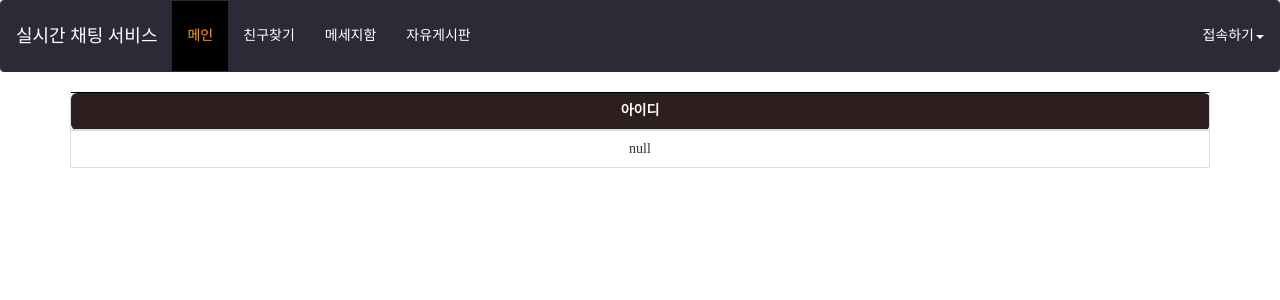
Repository: kkoseunghyun/javaAjaxChat
Page: http://localhost/UserChat/userStatus.jsp
An editor plug-in stored every save of this project. The page is shown before and after the next save, followed by the edit.
The browser window is 1280 px wide. The pictures show the whole page.
Some web fonts or font styles are not loaded; a fallback is used. Some web libraries are served in a nearby version. The page is served by Tomcat 9. Other server files are loaded and not shown. Queries for data that is not in the repository find no rows.

Above is the page before, as saved 2019-07-13 08:58:51.

### JspAjax/UserChat/WebContent/userStatus.jsp
<%@ page language="java" contentType="text/html; charset=UTF-8" pageEncoding="UTF-8"%>
<!DOCTYPE html>
<%@ page import="user.UserDAO" %>
<%@ page import="user.UserDTO" %>
<html>
<%
	String userID = null;
	if(session.getAttribute("userID") != null){
		userID = (String) session.getAttribute("userID");
	}

	UserDAO userDAO = new UserDAO();
	String userProfile = userDAO.getProfile(userID); // profile의 경로를 가져오는 메서드

	UserDTO user = userDAO.getUser(userID); // 유저 정보 가져오는 메서드
%>
<head>
	<meta charset="UTF-8">
	<meta name="viewport" content="width=device-width, initial-scale=1">
	<link rel="stylesheet" type="text/css" href="css/bootstrap.css">
	<link rel="stylesheet" type="text/css" href="css/custom.css?versionewg=2">
	<link rel="stylesheet" type="text/css" href="css/custom2.css?versiontff=2">
	<title>JSP Ajax 실시간 회원제 채팅 서비스</title>
	<script src="https://code.jquery.com/jquery-3.1.1.min.js"></script>
	<script src="js/bootstrap.js"></script>
	<script type="text/javascript">
		/* 상단 내비게이션 메세지함 unread 라벨 표시 */
		function getUnread() {
			$.ajax({
				type: "POST",
				url: "./chatUnread",
				data: {
					userID: encodeURIComponent('<%= userID %>'),
				},
				success: function(result) {
					if(result >= 1) {
						showUnread(result);
					} else {
						showUnread('');
					}
				}
			});
		}
		function getInfiniteUnread() {
			setInterval(function() {
				getUnread();
			}, 4000);
		}
		function showUnread(result) {
			$('#unread').html(result);
		}
	</script>
</head>
<body>
	<nav class="navbar navbar-default">
		<div class="navbar-header">
			<button type="button" class="navbar-toggle collapsed"
				data-toggle="collapse" data-target="#bs-example-navbar-collapse-1"
				aria-expanded="false">
				<span class="icon-bar"></span>
				<span class="icon-bar"></span>
				<span class="icon-bar"></span>
			</button>
			<a class="navbar-brand" href="index.jsp">실시간 채팅 서비스</a>
		</div>
		<div class="collapse navbar-collapse" id="bs-example-navbar-collapse-1">
			<ul class="nav navbar-nav">
				<li class="active"><a href="index.jsp">메인</a></li>
				<li><a href="find.jsp">친구찾기</a></li>
				<li><a href="box.jsp">메세지함<span id="unread" class="label label-info"></span></a></li>
				<li><a href="boardView.jsp">자유게시판</a></li>
			</ul>
			<%
				if(userID == null){ // 로그인이 안된사람들에 한해 보여지는 네비게이션 바
			%>
			<ul class="nav navbar-nav navbar-right">
				<li class="dropdown">
					<a href="#" class="dropdown-toggle"
						data-toggle="dropdown" role="button" aria-haspopup="true"
						aria-expanded="false">접속하기<span class="caret"></span></a>
					<ul class="dropdown-menu">
						<li><a href="login.jsp">로그인</a></li>
						<li><a href="join.jsp">회원가입</a></li>
					</ul>
				</li>
			</ul>
			<%
				} else {
			%>
			<ul class="nav navbar-nav navbar-right">
				<li class="dropdown">
					<a href="#" class="dropdown-toggle"
						data-toggle="dropdown" role="button" aria-haspopup="true"
						aria-expanded="false">회원관리<span class="caret"></span></a>
					<ul class="dropdown-menu">
						<li><a href="update.jsp">회원정보수정</a></li>
						<li><a href="profileUpdate.jsp">프로필 사진 수정</a></li>
						<li><a href="logoutAction.jsp">로그아웃</a></li>
					</ul>
				</li>
			</ul>
			<ul class="nav navbar-nav navbar-right">
				<li><a href="userStatus.jsp"><img class=".media-object img-circle" style="media-object: display:none; margin: 0 auto; max-width: 50px; max-height: 50px;" src="<%= userProfile %>"></img></a></li>
			</ul>
			<%
				}
			%>
		</div>
	</nav>
	<div class="container">
		<table class="table table-bordered table-hover" style="text-align:center; border:1px solid black">
			<thead>
				<tr>
					<th>아이디</th>
				</tr>
			</thead>
			<tbody>
				<tr>
					<td><%= user.getUserID() %></td>
				</tr>
			</tbody>
		</table>

	</div>
	<%
		/*
			UserRegisterServlet.java, UserLoginServlet에서 session.setAttribute로 정의한
			messageContent,messageType 을 session.getAttribute를 통해 가져와서, 색깔셋팅 등 messageModal 설정부분
		*/
		String messageContent = null;
		if (session.getAttribute("messageContent") != null) {
			messageContent = (String) session.getAttribute("messageContent");
		}
		String messageType = null;
		if (session.getAttribute("messageType") != null) {
			messageType = (String) session.getAttribute("messageType");
		}
		if (messageContent != null) {
	%>
	<!--  messageModal -->
	<div class="modal fade" id="messageModal" tabindex="-1" role="dialog" aria-hidden="true">
		<div class="vertical-alignment-helper">
			<div class="modal-dialog vertical-align-center">
				<div class="modal-content <% if(messageType.equals("오류 메세지")) out.println("panel-warning"); else out.println("panel-success");%> ">
					<div class="modal-header panel-heading">
						<button type="button" class="close" data-dismiss="modal">
							<span aria-hidden="true">&times</span>		<!-- x버튼 -->
							<span class="sr-only">Close</span>
						</button>
						<h4 class="modal-title">
							<%= messageType %>
						</h4>
					</div>
					<div class="modal-body">
						<%= messageContent %>
					</div>
					<div class="modal-footer">
						<button type="button" class="btn btn-primary" data-dismiss="modal">확인</button>
					</div>
				</div>
			</div>
		</div>
	</div>
	<%
		session.removeAttribute("messageContent");
		session.removeAttribute("messageType");
		}
	%>
	<script>
		$('#messageModal').modal("show");
	</script>
	<%
		if(userID != null) {
	%>
		<script type="text/javascript">
			$(document).ready(function() {
				getUnread(); // 4초 안기다리고 바로 볼 수 있게 먼저해놓음
				getInfiniteUnread();
			});
		</script>
	<%
		}
	%>
</body>
</html>

### JspAjax/UserChat/src/user/UserDAO.java
package user;

import java.sql.Connection;
import java.sql.PreparedStatement;
import java.sql.ResultSet;

import javax.naming.Context;
import javax.naming.InitialContext;
import javax.sql.DataSource;

public class UserDAO {

	DataSource dataSource;

	public UserDAO() { //context.xml에서 설정한 JNDI를 이용. 이 객체는 이제 Container의 DBCP에 의해 관리된다.
		try {
			InitialContext initContext = new InitialContext();
			Context envContext = (Context) initContext.lookup("java:/comp/env");
			dataSource = (DataSource) envContext.lookup("jdbc/UserChat");
		} catch (Exception e) {
			e.printStackTrace();
		}
	}

	/* 로그인 성공 여부 메서드 */
	public int login(String userID, String userPassword) {
		Connection conn = null;
		PreparedStatement pstmt = null;
		ResultSet rs = null;
		String SQL = "SELECT * FROM USER WHERE userID = ?";
		try {
			conn = dataSource.getConnection(); // 실질적으로 커넥션풀에 접근하게 해줌
			pstmt = conn.prepareStatement(SQL);
			pstmt.setString(1, userID);
			rs = pstmt.executeQuery();
			if(rs.next()) {
				if(rs.getString("userPassword").equals(userPassword)) {
					return 1; // 로그인 성공
				}
				return 2; //비밀번호가 틀림
			} else {
				return 0; // 해당 사용자가 존재하지 않음
			}
		} catch (Exception e) {
			e.printStackTrace();
		} finally {
			try {
				if(rs != null) rs.close();
				if(pstmt != null) pstmt.close();
				if(conn != null) conn.close();
			} catch (Exception e) {
				e.printStackTrace();
			}
		}
		return -1; // 데이터베이스 오류
	}

	/* 회원가입 아이디 중복체크 */
	public int registerCheck(String userID) {
		Connection conn = null;
		PreparedStatement pstmt = null;
		ResultSet rs = null;
		String SQL = "SELECT * FROM USER WHERE userID = ?";
		try {
			conn = dataSource.getConnection(); // 실질적으로 커넥션풀에 접근하게 해줌
			pstmt = conn.prepareStatement(SQL);
			pstmt.setString(1, userID);
			rs = pstmt.executeQuery();
			if(rs.next() || userID.equals("")) {
				return 0; // 이미 존재하는 회원
			} else {
				return 1; // 가입 가능한 회원 아이디
			}
		} catch (Exception e) {
			e.printStackTrace();
		} finally {
			try {
				if(rs != null) rs.close();
				if(pstmt != null) pstmt.close();
				if(conn != null) conn.close();
			} catch (Exception e) {
				e.printStackTrace();
			}
		}
		return -1; // 데이터베이스 오류
	}
	/* 회원가입 메서드 */
	public int register(String userID, String userPassword, String userName, String userAge, String userGender, String userEmail, String userProfile) { // 아이디 중복체크
		Connection conn = null;
		PreparedStatement pstmt = null;
		String SQL = "INSERT INTO USER VALUES (?, ?, ?, ?, ?, ?, ?)";
		try {
			conn = dataSource.getConnection(); // 실질적으로 커넥션풀에 접근하게 해줌
			pstmt = conn.prepareStatement(SQL);
			pstmt.setString(1, userID);
			pstmt.setString(2, userPassword);
			pstmt.setString(3, userName);
			pstmt.setInt(4, Integer.parseInt(userAge));
			pstmt.setString(5, userGender);
			pstmt.setString(6, userEmail);
			pstmt.setString(7, userProfile);
			return pstmt.executeUpdate();
		} catch (Exception e) {
			e.printStackTrace();
		} finally {
			try {
				if(pstmt != null) pstmt.close();
				if(conn != null) conn.close();
			} catch (Exception e) {
				e.printStackTrace();
			}
		}
		return -1; // 데이터베이스 오류
	}

	/**
	 * 유저정보 세팅 메서드
	 * */
	public UserDTO getUser(String userID) {
		UserDTO user = new UserDTO();

		Connection conn = null;
		PreparedStatement pstmt = null;
		ResultSet rs = null;
		String SQL = "SELECT * FROM USER WHERE userID = ?";
		try {
			conn = dataSource.getConnection();
			pstmt = conn.prepareStatement(SQL);
			pstmt.setString(1, userID);
			rs = pstmt.executeQuery();
			if(rs.next()) {
				user.setUserID(userID);
				user.setUserPassword(rs.getString("userPassword"));
				user.setUserName(rs.getString("userName"));
				user.setUserAge(rs.getInt("userAge"));
				user.setUserGender(rs.getString("userGender"));
				user.setUserEmail(rs.getString("userEmail"));
				user.setUserProfile(rs.getString("userProfile"));
			}
		} catch (Exception e) {
			e.printStackTrace();
		} finally {
			try {
				if(rs != null) rs.close();
				if(pstmt != null) pstmt.close();
				if(conn != null) conn.close();
			} catch (Exception e) {
				e.printStackTrace();
			}
		}
		return user;
	}

	/**
	 * 회원정보 수정 메서드
	 * */
	public int update(String userID, String userPassword, String userName, String userAge, String userGender, String userEmail) { // 아이디 중복체크
		Connection conn = null;
		PreparedStatement pstmt = null;
		String SQL = "UPDATE user SET userPassword = ?, userName = ?, userAge = ?, userGender = ?,userEmail = ? WHERE userID = ?";
		try {
			conn = dataSource.getConnection(); // 실질적으로 커넥션풀에 접근하게 해줌
			pstmt = conn.prepareStatement(SQL);
			pstmt.setString(1, userPassword);
			pstmt.setString(2, userName);
			pstmt.setInt(3, Integer.parseInt(userAge));
			pstmt.setString(4, userGender);
			pstmt.setString(5, userEmail);
			pstmt.setString(6, userID);
			return pstmt.executeUpdate();
		} catch (Exception e) {
			e.printStackTrace();
		} finally {
			try {
				if(pstmt != null) pstmt.close();
				if(conn != null) conn.close();
			} catch (Exception e) {
				e.printStackTrace();
			}
		}
		return -1; // 데이터베이스 오류
	}

	// userProfile을 db에 업데이트 해주는 메서드
	public int profile(String userID, String userProfile) {
		Connection conn = null;
		PreparedStatement pstmt = null;
		String SQL = "UPDATE user SET userProfile = ? WHERE userID = ?";
		try {
			conn = dataSource.getConnection(); // 실질적으로 커넥션풀에 접근하게 해줌
			pstmt = conn.prepareStatement(SQL);
			pstmt.setString(1, userProfile);
			pstmt.setString(2, userID);
			return pstmt.executeUpdate();
		} catch (Exception e) {
			e.printStackTrace();
		} finally {
			try {
				if(pstmt != null) pstmt.close();
				if(conn != null) conn.close();
			} catch (Exception e) {
				e.printStackTrace();
			}
		}
		return -1; // 데이터베이스 오류
	}

	// userProfile의 경로를 가져오는 메서드
	public String getProfile(String userID) { // 아이디 중복체크
		Connection conn = null;
		PreparedStatement pstmt = null;
		ResultSet rs = null;
		String SQL = "SELECT userProfile FROM USER WHERE userID = ?";
		try {
			conn = dataSource.getConnection(); // 실질적으로 커넥션풀에 접근하게 해줌
			pstmt = conn.prepareStatement(SQL);
			pstmt.setString(1, userID);
			rs = pstmt.executeQuery();
			if(rs.next()) {
				if(rs.getString("userProfile").equals("")) { // 기본 상태의 프로필 사진
					return "http://localhost:8084/UserChat/images/icon.png";
				}
				return "http://localhost:8084/UserChat/upload/" + rs.getString("userProfile");

			}
		} catch (Exception e) {
			e.printStackTrace();
		} finally {
			try {
				if(rs != null) rs.close();
				if(pstmt != null) pstmt.close();
				if(conn != null) conn.close();
			} catch (Exception e) {
				e.printStackTrace();
			}
		}
		return "http://localhost:8084/UserChat/images/icon.png";
	}
}

### JspAjax/UserChat/src/user/UserDTO.java
package user;

/**
 * DTO 란 ? (Data Transfer Object)(= VO)
 * 	- 데이터를 오브젝트로 변환하는 객체이다.
 *  - 계층간 데이터 교환을 위한 자바빈즈를 말합니다.
 * */
public class UserDTO {
	String userID;
	String userPassword;
	String userName;
	int userAge;
	String userGender;
	String userEmail;
	String userProfile;		// 프로필 사진경로

	public String getUserID() {
		return userID;
	}
	public void setUserID(String userID) {
		this.userID = userID;
	}
	public String getUserPassword() {
		return userPassword;
	}
	public void setUserPassword(String userPassword) {
		this.userPassword = userPassword;
	}
	public String getUserName() {
		return userName;
	}
	public void setUserName(String userName) {
		this.userName = userName;
	}
	public int getUserAge() {
		return userAge;
	}
	public void setUserAge(int userAge) {
		this.userAge = userAge;
	}
	public String getUserGender() {
		return userGender;
	}
	public void setUserGender(String userGender) {
		this.userGender = userGender;
	}
	public String getUserEmail() {
		return userEmail;
	}
	public void setUserEmail(String userEmail) {
		this.userEmail = userEmail;
	}
	public String getUserProfile() {
		return userProfile;
	}
	public void setUserProfile(String userProfile) {
		this.userProfile = userProfile;
	}
}

### JspAjax/UserChat/WebContent/css/custom.css
@import url(http://fonts.googleapis.com/earlyaccess/nanumgothic.css);
@import url(http://fonts.googleapis.com/earlyaccess/hanna.css);
@import url(http://fonts.googleapis.com/earlyaccess/notosanskr.css);
* {
	font-family: 'Nanum Gothic';
}
h5 {
	font-family: 'Noto Sans KR';
	font-size: 15px;
	font-weight: bold;
}
h4 {
	font-family: 'Noto Sans KR';
}
h3 {
	font-family: 'Hanna';
}
h2 {
	font-family: 'Hanna';
}
h1 {
	font-family: 'Hanna';
}

/* 테이블 관련 디자인 처리 */
thead th {
	background-color: #2d1f1f;
	color: white;
	text-align: center;
}
tr td:first-child,
tr th:first-child {
	border-top-left-radius: 6px;
	border-bottom-left-radius: 6px;
}
tr td:last-child,
tr th:last-child {
	border-top-right-radius: 6px;
	border-bottom-right-radius: 6px;
}

/* 모달 팝업창 관련 디자인 처리 */
.vertical-alignment-helper {
	display: table;
	height: 100%;
	width: 100%;
	pointer-events: none;
}
.vertical-alignment-center {
	display: table-cell;
	vertical-align: middle;
	pointer-events: none;
}
.modal-content {
	width: inherit;
	height: inherit;
	margin: 0 auto;
	pointer-events: all;
}

/* 채팅창 디자인 처리 */
.portlet {
    margin-bottom: 15px;
}
.btn-white {
    border-color: #cccccc;
    color: #333333;
    background-color: #ffffff;
}
.portlet {
    border: 1px solid;
}
.portlet .portlet-heading {
    padding: 0 15px;
}
.portlet .portlet-heading h4 {
    padding: 1px 0;
    font-size: 16px;
}
.portlet .portlet-heading a {
    color: #fff;
}
.portlet .portlet-heading a:hover,
.portlet .portlet-heading a:active,
.portlet .portlet-heading a:focus {
    outline: none;
}
.portlet .portlet-widgets .dropdown-menu a {
    color: #333;
}
.portlet .portlet-widgets ul.dropdown-menu {
    min-width: 0;
}
.portlet .portlet-heading .portlet-title {
    float: left;
}
.portlet .portlet-heading .portlet-title h4 {
    margin: 10px 0;
}
.portlet .portlet-heading .portlet-widgets {
    float: right;
    margin: 8px 0;
}
.portlet .portlet-heading .portlet-widgets .tabbed-portlets {
    display: inline;
}
.portlet .portlet-heading .portlet-widgets .divider {
    margin: 0 5px;
}
.portlet .portlet-body {
    padding: 15px;
    background: #fff;
}
.portlet .portlet-footer {
    padding: 10px 15px;
    background: #e0e7e8;
}
.portlet .portlet-footer ul {
    margin: 0;
}
.portlet-green,
.portlet-green>.portlet-heading {
    border-color: #16a085;
}
.portlet-green>.portlet-heading {
    color: #fff;
    background-color: #16a085;
}
.portlet-orange,
.portlet-orange>.portlet-heading {
    border-color: #f39c12;
}
.portlet-orange>.portlet-heading {
    color: #fff;
    background-color: #f39c12;
}
.portlet-blue,
.portlet-blue>.portlet-heading {
    border-color: #2980b9;
}
.portlet-blue>.portlet-heading {
    color: #fff;
    background-color: #2980b9;
}
.portlet-red,
.portlet-red>.portlet-heading {
    border-color: #e74c3c;
}
.portlet-red>.portlet-heading {
    color: #fff;
    background-color: #e74c3c;
}
.portlet-purple,
.portlet-purple>.portlet-heading {
    border-color: #8e44ad;
}
.portlet-purple>.portlet-heading {
    color: #fff;
    background-color: #8e44ad;
}
.portlet-default,
.portlet-dark-blue,
.portlet-default>.portlet-heading,
.portlet-dark-blue>.portlet-heading {
    border-color: #34495e;
}
.portlet-default>.portlet-heading,
.portlet-dark-blue>.portlet-heading {
    color: #fff;
    background-color: #34495e;
}
.portlet-basic,
.portlet-basic>.portlet-heading {
    border-color: #333;
}
.portlet-basic>.portlet-heading {
    border-bottom: 1px solid #333;
    color: #333;
    background-color: #fff;
}
@media(min-width:768px) { /* 화면 너비 768 이하일때 적용 */
    .portlet {
        margin-bottom: 30px;
    }
}
.img-chat{
width:40px;
height:40px;
}
.text-green {
    color: #16a085;
}
.text-orange {
    color: #f39c12;
}
.text-red {
    color: #e74c3c;
}

### JspAjax/UserChat/WebContent/css/custom2.css
@import url(http://fonts.googleapis.com/earlyaccess/nanumgothic.css);
/* 전체 영역 지정 */
* {
    font-family: 'Nanum Gothic';
}
/* 전체 링크 영역 지정 */
a {
    color: #000000;
    text-decoration: none;
}
a:hover{
    color: #bbbbbb;
    text-decoration:none;
    cursor: pointer;
}

/* 네비게이션 영역 */
.navbar-default{    /* 배경 색상*/
    background-color: #2b2b37;
    border-color: #2b2b37;
}
.navbar-default .navbar-brand{ /* 내비게이션 제목 생상 */
    color: #ffffff;
    padding-top: 25px;
    font-family: 'Hanna';
}
.navbar-default .navbar-brand:hover,
.navbar-default .navbar-brand:focus{ /*내비게이션 제목에 마우스를 올렸을 때 */
    background-color: transparent;
    color: #FE9A2E;
}
.navbar-default .navbar-nav > .active > a,
.navbar-default .navbar-nav > .active > a:hover,
.navbar-default .navbar-nav > .active > a:focus{/* 현재 선택된 내비게이션 색상 이벤트 */
    color: #FE9A2E;
    background-color: #000000;
}
.navbar-default .navbar-nav > li > a { /*내비게이션 기본 글자 색상 */
	color: #ffffff;
    font-family: 'Hanna';
}
.navbar-default .navbar-nav > li > a:hover,
.navbar-default .navbar-nav > li > a:focus { /*내비게이션의 글자에 마우스를 올렸을 때 */
    color: #FE9A2E;
}
.navbar-default .navbar-nav > .open > a,
.navbar-default .navbar-nav > .open > a:hover,
.navbar-default .navbar-nav > .open > a:focus{ /* .open : 드랍다운이 열렸을 때 마우스 색상 이벤트  */
    color: #FE9A2E;
    background-color: #000000;
    text-decoration: none;
}
.navbar-default .navbar-toggle:hover,
.navbar-default .navbar-toggle:focus { /* 토글에 마우스를 올렸을 때 */
	background-color: #dddddd;
}
.navbar-default .navbar-toggle: .icon-bar { /* 토글 아이콘 바 색상 */
	background-color: #dddddd;
}

/* 미디어 쿼리 */
@media (max-width: 767px) { /* 화면 너비 767 이하일때 적용 */
    .navbar-default .navbar-nav .open .dropdown-menu > li > a {
        color: #ffffff;
    }
    .navbar-default .navbar-nav .open .dropdown-menu > li > a:hover,
    .navbar-default .navbar-nav .open .dropdown-menu > li > a:focus {
        color: #eeeeee;
    }
}
/* 네비게이션 바 길이 수정 */
.navbar-fixed-top {
	min-height: 70px;
}
.navbar-nav > li > a {
	padding-top: 0px;
	padding-bottom: 0px;
	line-height: 70px;
}
@media (max-width: 767px) { /* 화면 너비 767 이하일때 적용 */
	.navbar-default .navbar-brand {
		padding-top: 15px;
	}
	.navbar-nav > li > a {
		padding-top: 0px;
		padding-bottom: 0px;
		line-height: 40px;
	}
}

Loaded but not shown: JspAjax/UserChat/WebContent/css/bootstrap.css (library); JspAjax/UserChat/WebContent/js/bootstrap.js (library)

After the next save:
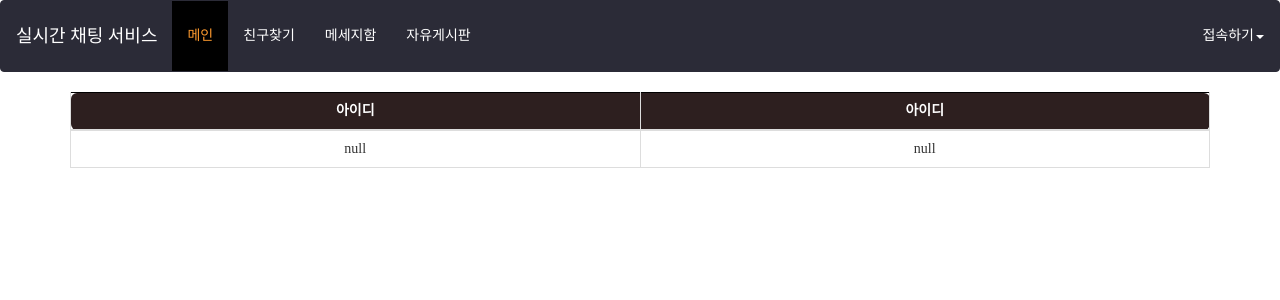
Saved 5 s later.
--- a/JspAjax/UserChat/WebContent/userStatus.jsp
+++ b/JspAjax/UserChat/WebContent/userStatus.jsp
@@ -112,10 +112,12 @@
 			<thead>
 				<tr>
 					<th>아이디</th>
+					<th>아이디</th>
 				</tr>
 			</thead>
 			<tbody>
 				<tr>
+					<td><%= user.getUserID() %></td>
 					<td><%= user.getUserID() %></td>
 				</tr>
 			</tbody>
